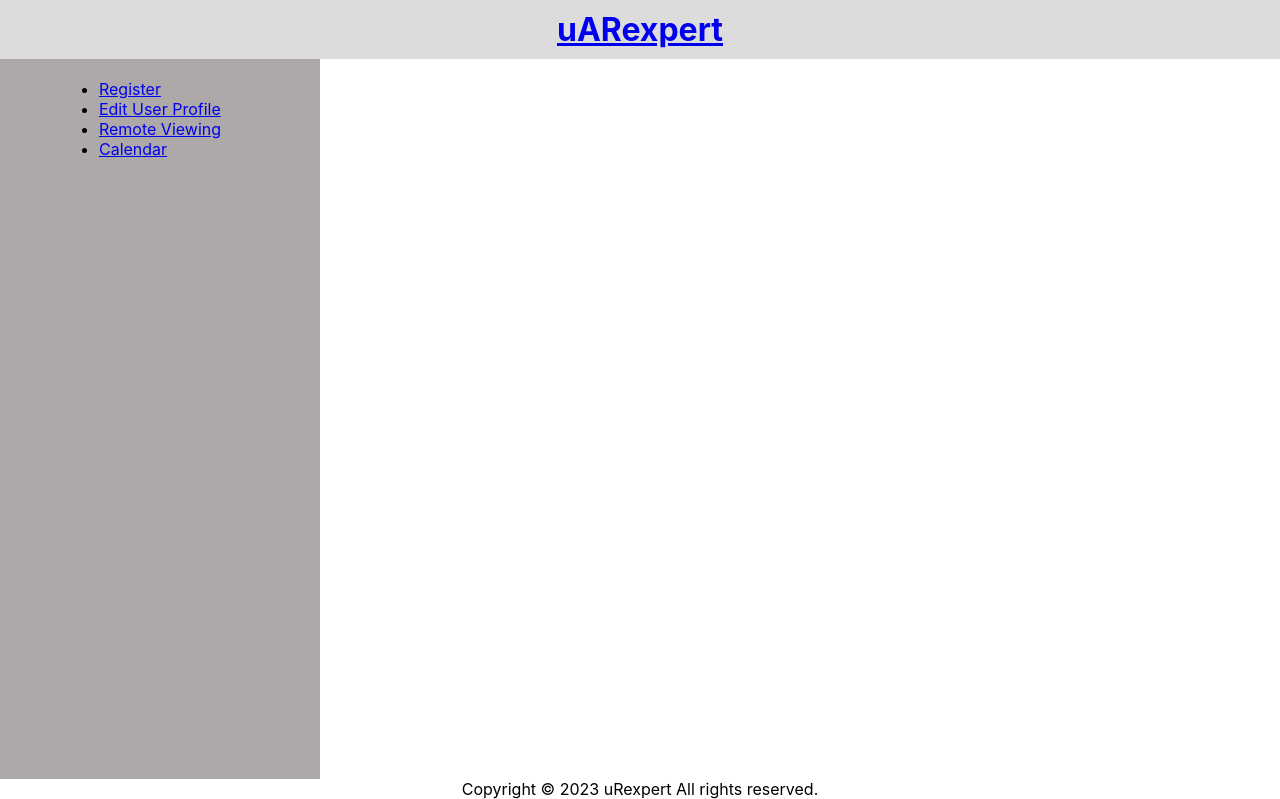
Repository: onionNguyen/Senior-Design-Project
Page: / (app in frontend/)
An editor plug-in stored every save of this project. The page is shown before and after the next save, followed by the edit.
The browser window is 1280 px wide. The pictures show the whole page.
The page's requests for data from a server got no answer. The project was rebuilt for these pictures with package versions that can differ from the ones it lists, and the page was loaded fresh each time. No one was signed in, and anything a server would have sent is missing. Also part of the build but not shown: frontend/src/components/form/Form.module.css, frontend/src/components/form/Input.js, frontend/src/components/pages/edit-user-profile/EditProfile.module.css, frontend/src/components/form/IndicatesRequired.js, frontend/src/components/form/MessageRibbon.js, frontend/src/components/pages/edit-user-profile/EditProfile.js, frontend/src/components/pages/login/Login.module.css, frontend/src/components/pages/login/Login.js and 7 more.

Above is the page before, as saved 2023-10-27 01:23:27.

After the next save:
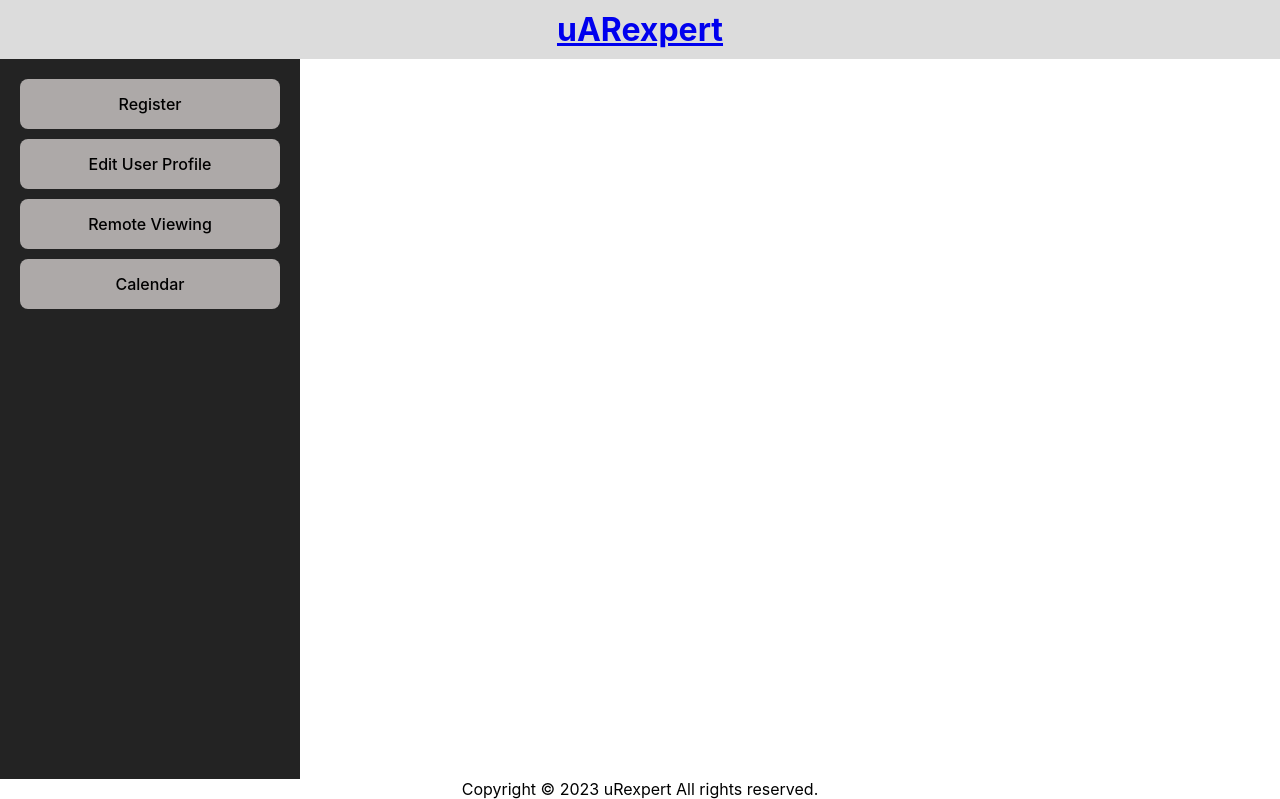
Saved 47 s later.
--- a/frontend/src/components/sidenav/SideNav.module.css
+++ b/frontend/src/components/sidenav/SideNav.module.css
@@ -1,14 +1,46 @@
 .sidenav {
   height: 100vh;
-  width: 25%;
+  width: 300px; /* Fixed width to ensure uniform look across different screens */
+  max-width: 80%; /* Ensure it doesn't consume too much space on smaller screens */
   z-index: 1;
   top: 0;
   left: 0;
-  background-color: #ada9a8;
+  background-color: #232323; /* Darker color for contrast */
   transition: 0.5s ease;
   overflow-x: hidden;
-  padding-top: 20px;
+  padding: 20px;
   display: flex;
   flex-direction: column;
   align-items: center;
 }
+
+.listGroup {
+  width: 100%;
+  list-style-type: none;
+  padding: 0;
+}
+
+.listItem {
+  width: 100%;
+  padding: 15px 10px;
+  text-align: center;
+  margin-bottom: 10px;
+  border-radius: 8px; /* Added border radius */
+  background-color: #ada9a8;
+  transition: background-color 0.3s ease; /* Transition effect for hover */
+}
+
+.listItem:hover {
+  background-color: #7a7675; /* Change color on hover */
+}
+
+.listItem a {
+  text-decoration: none;
+  color: black; /* Ensure text is black, change as per your preference */
+  font-weight: 500; /* Slightly bolder font */
+  transition: color 0.3s ease; /* Transition effect for hover */
+}
+
+.listItem a:hover {
+  color: white; /* Change color on hover */
+}
